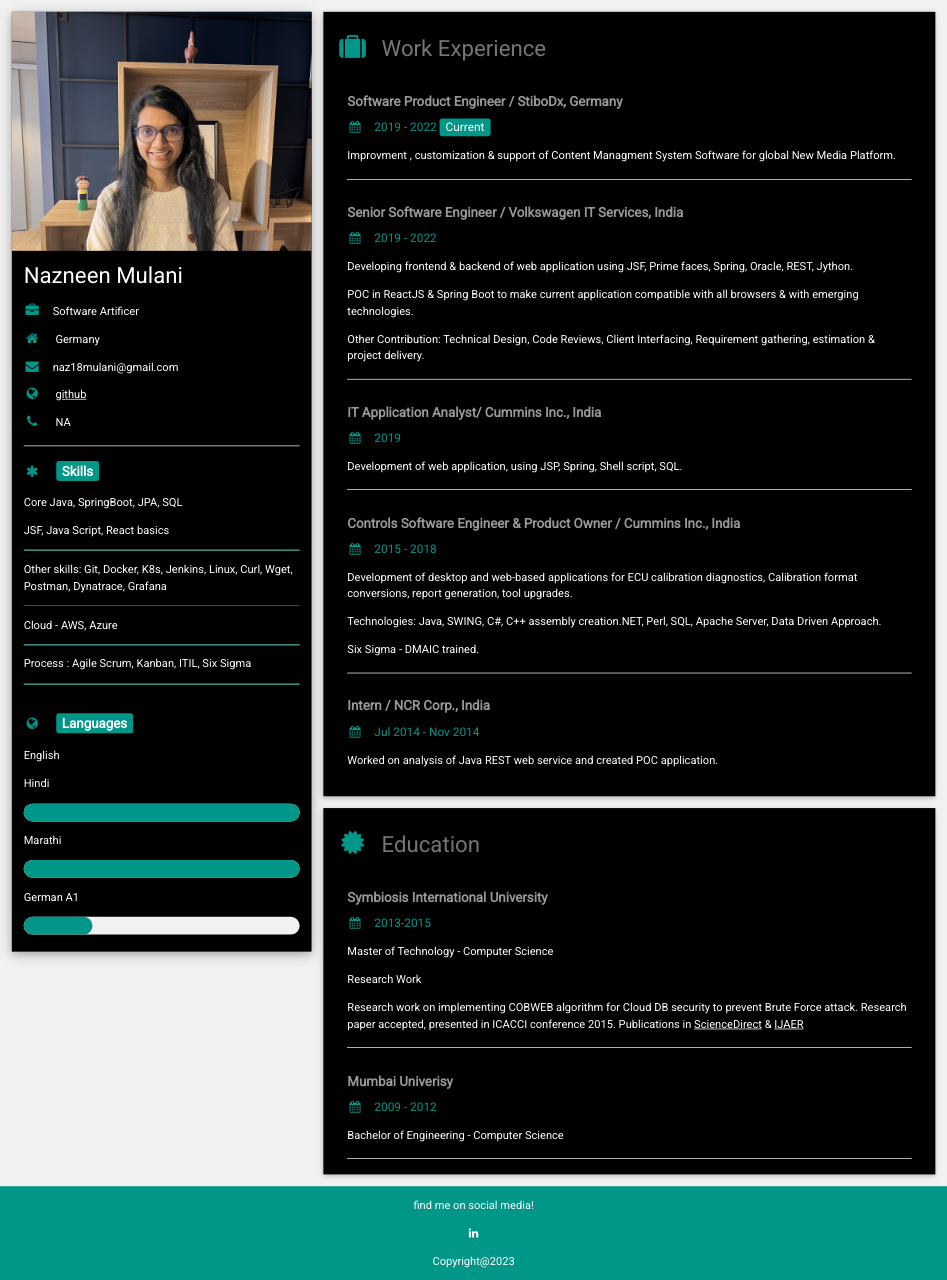
Repository: nazneenprojects/nazneen.github.io
Page: index.html
An editor plug-in stored every save of this project. The page is shown before and after the next save, followed by the edit.
The browser window is 1280 px wide. The pictures show the whole page, at 74% of full size.

Above is the page before, as saved 2023-07-09 11:49:27.

### index.html
<!DOCTYPE html>
<html>
<title>Nazneen Portfolio</title>
<meta charset="UTF-8">
<meta name="viewport" content="width=device-width, initial-scale=1">
<link rel="stylesheet" href="https://www.w3schools.com/w3css/4/w3.css">
<link rel='stylesheet' href='https://fonts.googleapis.com/css?family=Roboto'>
<link rel="stylesheet" href="https://cdnjs.cloudflare.com/ajax/libs/font-awesome/4.7.0/css/font-awesome.min.css">
<style>
html,body,h1,h2,h3,h4,h5,h6 {font-family: "Roboto", sans-serif}
</style>
<body class="w3-light-grey">

<!-- Page Container -->
<div class="w3-content w3-margin-top" style="max-width:1400px;">

  <!-- The Grid -->
  <div class="w3-row-padding">

    <!-- Left Column -->
    <div class="w3-third">

      <div class="w3-black w3-text-white w3-card-4">
        <div class="w3-display-container">
          <img src="IMG_NazneenM.JPG" style="width:100%" alt="Avatar">
          <div class="w3-display-bottomleft w3-container w3-text-black">
          </div>
        </div>
        <div class="w3-container">
          <h2>Nazneen Mulani</h2>
          <p><i class="fa fa-briefcase fa-fw w3-margin-right w3-large w3-text-teal"></i>Software Artificer</p>
          <p><i class="fa fa-home fa-fw w3-margin-right w3-large w3-text-teal"></i> Germany </p>
          <p><i class="fa fa-envelope fa-fw w3-margin-right w3-large w3-text-teal"></i>naz18mulani@gmail.com</p>
          <p><i class="fa fa-globe fa-fw w3-margin-right w3-large w3-text-teal"></i>
          <a href="https://github.com/nazneenprojects">github</a>
          </p>
          <p><i class="fa fa-phone fa-fw w3-margin-right w3-large w3-text-teal"></i> NA </p>
          <hr>

          <p class="w3-large"><b><i class="fa fa-asterisk fa-fw w3-margin-right w3-text-teal"></i> <span class="w3-tag w3-teal w3-round">Skills</span></b></p>
          <p>Core Java, SpringBoot, JPA, SQL</p>

          <p>JSF, Java Script, React basics</p>
          <div class="w3-light-grey w3-round-xlarge w3-small">
            <div class="w3-container w3-center w3-round-xlarge w3-teal" style="width:100%">
            </div>
          </div>
          <p>Other skills: Git, Docker, K8s, Jenkins, Linux, Curl, Wget, Postman, Dynatrace, Grafana</p>
          <div class="w3-light-grey w3-round-xlarge w3-small">
            <div class="w3-container w3-center w3-square-xlarge w3-teal" style="width:100%">
           </div>
          </div>
          <p>Cloud - AWS, Azure</p>
          <div class="w3-light-grey w3-round-xlarge w3-small">
            <div class="w3-container w3-center w3-round-xlarge w3-teal" style="width:100%">
            </div>
          </div>
          <p>Process : Agile Scrum, Kanban, ITIL, Six Sigma</p>
          <div class="w3-light-grey w3-round-xlarge w3-small">
            <div class="w3-container w3-center w3-round-xlarge w3-teal" style="width:100%">
            </div>
          </div>
          <br>

          <p class="w3-large w3-text-theme"><b><i class="fa fa-globe fa-fw w3-margin-right w3-text-teal"></i> <span class="w3-tag w3-teal w3-round">Languages</span></b></p>
          <p></p>
          <div class="w3-light-grey w3-round-xlarge">
            <div class="w3-square-xlarge w3-black" style="height:24px;width:100%">English</div>
          </div>
          <p>Hindi</p>
          <div class="w3-light-grey w3-round-xlarge">
            <div class="w3-round-xlarge w3-teal" style="height:24px;width:100%"></div>
          </div>
          <p>Marathi</p>
          <div class="w3-light-grey w3-round-xlarge">
            <div class="w3-round-xlarge w3-teal" style="height:24px;width:100%"></div>
          </div>
          <p>German A1</p>
          <div class="w3-light-grey w3-round-xlarge">
            <div class="w3-round-xlarge w3-teal" style="height:24px;width:25%"></div>
          </div>
          <br>
        </div>
      </div><br>

    <!-- End Left Column -->
    </div>

    <!-- Right Column -->
    <div class="w3-twothird">

      <div class="w3-container w3-card w3-black w3-margin-bottom">
        <h2 class="w3-text-grey w3-padding-16"><i class="fa fa-suitcase fa-fw w3-margin-right w3-xxlarge w3-text-teal"></i>Work Experience</h2>
        <div class="w3-container">
          <h5 class="w3-opacity"><b>Software Product Engineer / StiboDx, Germany</b></h5>
          <h6 class="w3-text-teal"><i class="fa fa-calendar fa-fw w3-margin-right"></i>2019 - 2022 <span class="w3-tag w3-teal w3-round">Current</span></h6>
          <p> Improvment , customization & support of Content Managment System Software for global New Media Platform.</p>
          <hr>
        </div>
        <div class="w3-container">
          <h5 class="w3-opacity"><b>Senior Software Engineer / Volkswagen IT Services, India</b></h5>
          <h6 class="w3-text-teal"><i class="fa fa-calendar fa-fw w3-margin-right"></i>2019 - 2022</h6>
          <p>Developing frontend & backend of web application using JSF, Prime faces, Spring, Oracle, REST, Jython.</p>
          <p>POC in ReactJS & Spring Boot to make current application compatible with all browsers & with emerging technologies.</p>
          <p>Other Contribution: Technical Design, Code Reviews, Client Interfacing, Requirement gathering, estimation & project delivery.</p>
          <hr>
        </div>
        <div class="w3-container">
          <h5 class="w3-opacity"><b>IT Application Analyst/ Cummins Inc., India</b></h5>
          <h6 class="w3-text-teal"><i class="fa fa-calendar fa-fw w3-margin-right"></i>2019 </h6>
          <p>Development of web application, using JSP, Spring, Shell script, SQL.</p>
          <hr>
        </div>
        <div class="w3-container">
          <h5 class="w3-opacity"><b>Controls Software Engineer & Product Owner / Cummins Inc., India</b></h5>
          <h6 class="w3-text-teal"><i class="fa fa-calendar fa-fw w3-margin-right"></i>2015 - 2018</h6>
          <p>Development of desktop and web-based applications for ECU calibration diagnostics, Calibration format conversions, report generation, tool upgrades.</p>
          <p>Technologies: Java, SWING, C#, C++ assembly creation.NET, Perl, SQL, Apache Server, Data Driven Approach.</p>
          <p>Six Sigma - DMAIC trained.</p>
          <hr>
        </div>
        <div class="w3-container">
          <h5 class="w3-opacity"><b>Intern / NCR Corp., India</b></h5>
          <h6 class="w3-text-teal"><i class="fa fa-calendar fa-fw w3-margin-right"></i>Jul 2014 - Nov 2014</h6>
          <p>Worked on analysis of Java REST web service and created POC application. </p><br>
        </div>
      </div>

      <div class="w3-container w3-card w3-black">
        <h2 class="w3-text-grey w3-padding-16"><i class="fa fa-certificate fa-fw w3-margin-right w3-xxlarge w3-text-teal"></i>Education</h2>
        <div class="w3-container">
          <h5 class="w3-opacity"><b> Symbiosis International University</b></h5>
          <h6 class="w3-text-teal"><i class="fa fa-calendar fa-fw w3-margin-right"></i>2013-2015</h6>
          <p>Master of Technology - Computer Science</p>
          <p>Research Work</p>
          <p>
            Research work on implementing COBWEB algorithm for Cloud DB security to prevent Brute Force attack. Research paper accepted, presented in ICACCI conference 2015. Publications in

            <a href="https://www.sciencedirect.com/science/article/pii/S1877050915005359">ScienceDirect</a> &
            <a href="https://www.ripublication.com/Volume/ijaerv10n12.htm">IJAER</a>
          </p>
          <hr>
        </div>
        <div class="w3-container">
          <h5 class="w3-opacity"><b>Mumbai Univerisy</b></h5>
          <h6 class="w3-text-teal"><i class="fa fa-calendar fa-fw w3-margin-right"></i>2009 - 2012</h6>
          <p>Bachelor of Engineering - Computer Science</p>
          <hr>
        </div>
      </div>

    <!-- End Right Column -->
    </div>

  <!-- End Grid -->
  </div>

  <!-- End Page Container -->
</div>

<footer class="w3-container w3-teal w3-center w3-margin-top">

  <p>find me on social media!</p>
  <a href="https://www.linkedin.com/in/nazneen-mulani-05004012a/"> <i class="fa fa-linkedin w3-hover-opacity"></i></a>
  <p>Copyright@2023</p>
 <!--
  <i class="fa fa-facebook-official w3-hover-opacity"></i>
  <i class="fa fa-instagram w3-hover-opacity"></i>
  <i class="fa fa-snapchat w3-hover-opacity"></i>
  <i class="fa fa-pinterest-p w3-hover-opacity"></i>
  <i class="fa fa-twitter w3-hover-opacity"></i>
  <p>Powered by <a href="https://www.w3schools.com/w3css/default.asp" target="_blank">w3.css</a></p>
 -->
</footer>

</body>
</html>

After the next save:
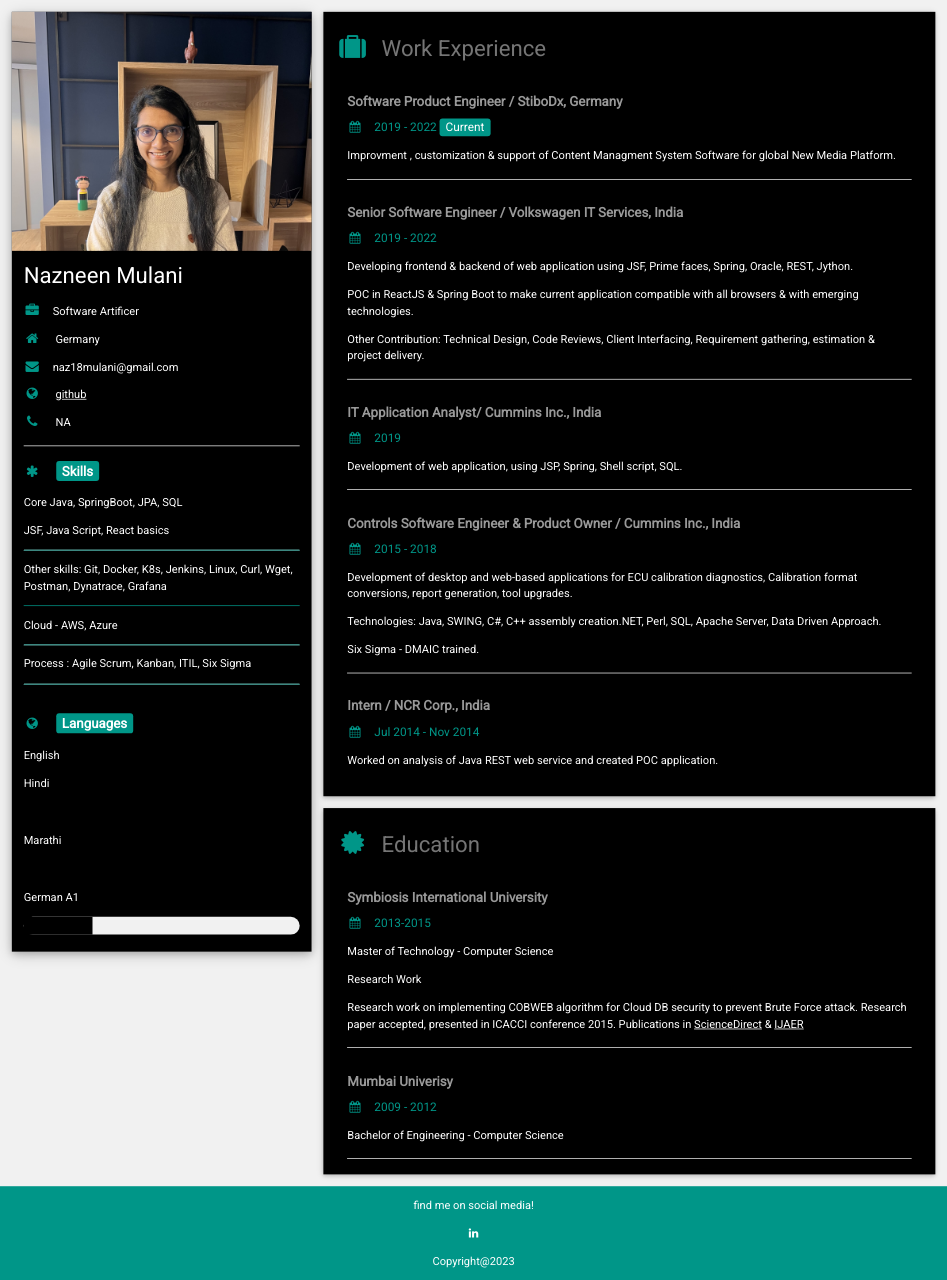
Saved 41 s later.
--- a/index.html
+++ b/index.html
@@ -69,15 +69,15 @@
           </div>
           <p>Hindi</p>
           <div class="w3-light-grey w3-round-xlarge">
-            <div class="w3-round-xlarge w3-teal" style="height:24px;width:100%"></div>
+            <div class="w3-square-xlarge w3-black" style="height:24px;width:100%"></div>
           </div>
           <p>Marathi</p>
           <div class="w3-light-grey w3-round-xlarge">
-            <div class="w3-round-xlarge w3-teal" style="height:24px;width:100%"></div>
+            <div class="w3-square-xlarge w3-black" style="height:24px;width:100%"></div>
           </div>
           <p>German A1</p>
           <div class="w3-light-grey w3-round-xlarge">
-            <div class="w3-round-xlarge w3-teal" style="height:24px;width:25%"></div>
+            <div class="w3-square-xlarge w3-black" style="height:24px;width:25%"></div>
           </div>
           <br>
         </div>
